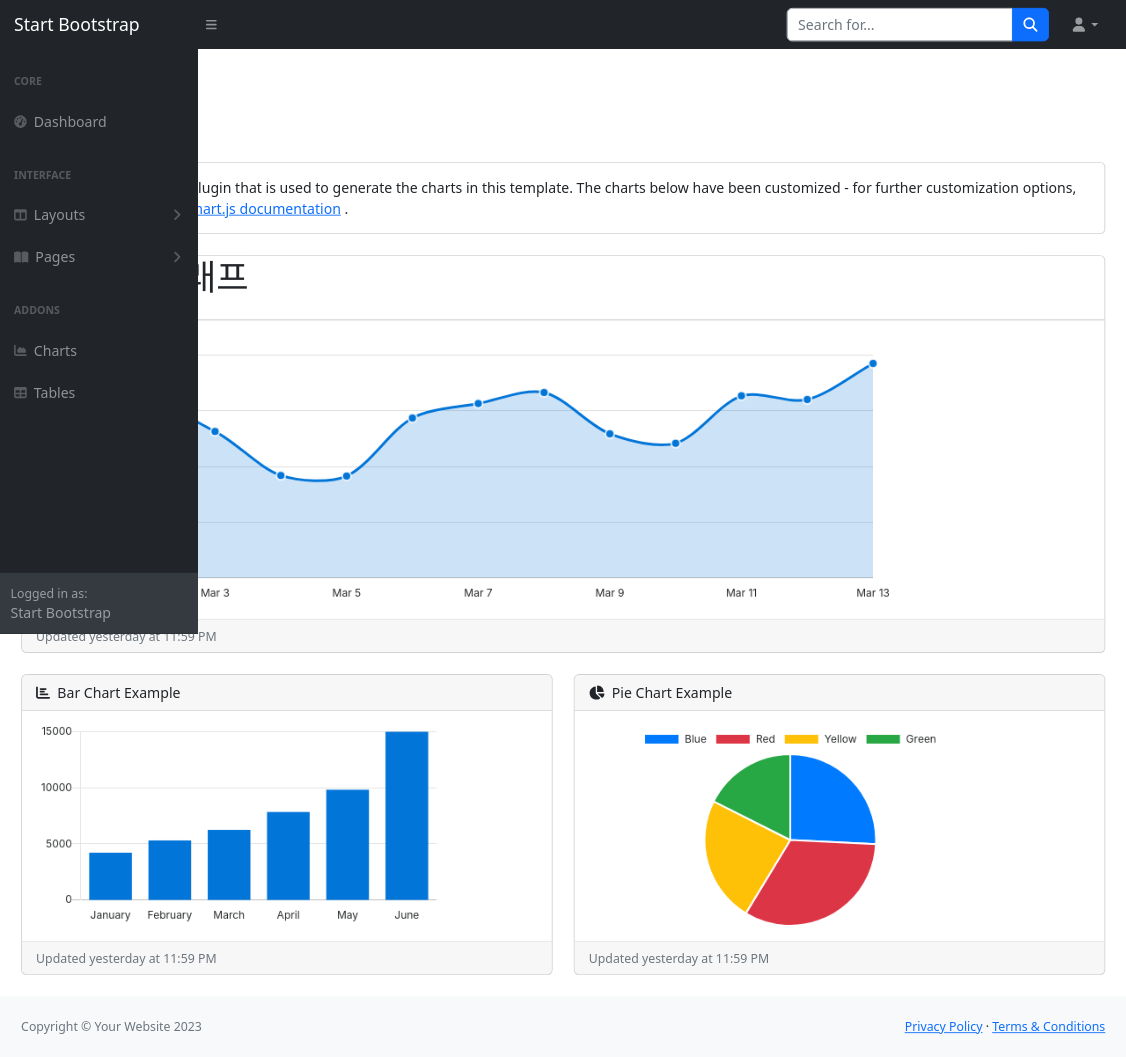
Repository: 0823-01/MonoLiving
Page: adminMall/src/main/webapp/resources/static/charts.html
An editor plug-in stored every save of this project. The page is shown before and after the next save, followed by the edit.
The browser window is 1280 px wide. The pictures show the whole page, at 88% of full size.
Some web libraries are served in a nearby version.

Above is the page before, as saved 2024-10-31 00:42:48.

### adminMall/src/main/webapp/resources/static/charts.html
<!DOCTYPE html>
<html lang="en">
    <head>
        <meta charset="utf-8" />
        <meta http-equiv="X-UA-Compatible" content="IE=edge" />
        <meta name="viewport" content="width=device-width, initial-scale=1, shrink-to-fit=no" />
        <meta name="description" content="" />
        <meta name="author" content="" />
        <title>Charts - SB Admin</title>
        <link href="css/styles.css" rel="stylesheet" />
        <script src="https://use.fontawesome.com/releases/v6.3.0/js/all.js" crossorigin="anonymous"></script>
    </head>
    <body class="sb-nav-fixed">
        <nav class="sb-topnav navbar navbar-expand navbar-dark bg-dark">
            <!-- Navbar Brand-->
            <a class="navbar-brand ps-3" href="index.html">Start Bootstrap</a>
            <!-- Sidebar Toggle-->
            <button class="btn btn-link btn-sm order-1 order-lg-0 me-4 me-lg-0" id="sidebarToggle" href="#!"><i class="fas fa-bars"></i></button>
            <!-- Navbar Search-->
            <form class="d-none d-md-inline-block form-inline ms-auto me-0 me-md-3 my-2 my-md-0">
                <div class="input-group">
                    <input class="form-control" type="text" placeholder="Search for..." aria-label="Search for..." aria-describedby="btnNavbarSearch" />
                    <button class="btn btn-primary" id="btnNavbarSearch" type="button"><i class="fas fa-search"></i></button>
                </div>
            </form>
            <!-- Navbar-->
            <ul class="navbar-nav ms-auto ms-md-0 me-3 me-lg-4">
                <li class="nav-item dropdown">
                    <a class="nav-link dropdown-toggle" id="navbarDropdown" href="#" role="button" data-bs-toggle="dropdown" aria-expanded="false"><i class="fas fa-user fa-fw"></i></a>
                    <ul class="dropdown-menu dropdown-menu-end" aria-labelledby="navbarDropdown">
                        <li><a class="dropdown-item" href="#!">Settings</a></li>
                        <li><a class="dropdown-item" href="#!">Activity Log</a></li>
                        <li><hr class="dropdown-divider" /></li>
                        <li><a class="dropdown-item" href="#!">Logout</a></li>
                    </ul>
                </li>
            </ul>
        </nav>
        <div id="layoutSidenav">
            <div id="layoutSidenav_nav">
                <nav class="sb-sidenav accordion sb-sidenav-dark" id="sidenavAccordion">
                    <div class="sb-sidenav-menu">
                        <div class="nav">
                            <div class="sb-sidenav-menu-heading">Core</div>
                            <a class="nav-link" href="index.html">
                                <div class="sb-nav-link-icon"><i class="fas fa-tachometer-alt"></i></div>
                                Dashboard
                            </a>
                            <div class="sb-sidenav-menu-heading">Interface</div>
                            <a class="nav-link collapsed" href="#" data-bs-toggle="collapse" data-bs-target="#collapseLayouts" aria-expanded="false" aria-controls="collapseLayouts">
                                <div class="sb-nav-link-icon"><i class="fas fa-columns"></i></div>
                                Layouts
                                <div class="sb-sidenav-collapse-arrow"><i class="fas fa-angle-down"></i></div>
                            </a>
                            <div class="collapse" id="collapseLayouts" aria-labelledby="headingOne" data-bs-parent="#sidenavAccordion">
                                <nav class="sb-sidenav-menu-nested nav">
                                    <a class="nav-link" href="layout-static.html">Static Navigation</a>
                                    <a class="nav-link" href="layout-sidenav-light.html">Light Sidenav</a>
                                </nav>
                            </div>
                            <a class="nav-link collapsed" href="#" data-bs-toggle="collapse" data-bs-target="#collapsePages" aria-expanded="false" aria-controls="collapsePages">
                                <div class="sb-nav-link-icon"><i class="fas fa-book-open"></i></div>
                                Pages
                                <div class="sb-sidenav-collapse-arrow"><i class="fas fa-angle-down"></i></div>
                            </a>
                            <div class="collapse" id="collapsePages" aria-labelledby="headingTwo" data-bs-parent="#sidenavAccordion">
                                <nav class="sb-sidenav-menu-nested nav accordion" id="sidenavAccordionPages">
                                    <a class="nav-link collapsed" href="#" data-bs-toggle="collapse" data-bs-target="#pagesCollapseAuth" aria-expanded="false" aria-controls="pagesCollapseAuth">
                                        Authentication
                                        <div class="sb-sidenav-collapse-arrow"><i class="fas fa-angle-down"></i></div>
                                    </a>
                                    <div class="collapse" id="pagesCollapseAuth" aria-labelledby="headingOne" data-bs-parent="#sidenavAccordionPages">
                                        <nav class="sb-sidenav-menu-nested nav">
                                            <a class="nav-link" href="login.html">Login</a>
                                            <a class="nav-link" href="register.html">Register</a>
                                            <a class="nav-link" href="password.html">Forgot Password</a>
                                        </nav>
                                    </div>
                                    <a class="nav-link collapsed" href="#" data-bs-toggle="collapse" data-bs-target="#pagesCollapseError" aria-expanded="false" aria-controls="pagesCollapseError">
                                        Error
                                        <div class="sb-sidenav-collapse-arrow"><i class="fas fa-angle-down"></i></div>
                                    </a>
                                    <div class="collapse" id="pagesCollapseError" aria-labelledby="headingOne" data-bs-parent="#sidenavAccordionPages">
                                        <nav class="sb-sidenav-menu-nested nav">
                                            <a class="nav-link" href="401.html">401 Page</a>
                                            <a class="nav-link" href="404.html">404 Page</a>
                                            <a class="nav-link" href="500.html">500 Page</a>
                                        </nav>
                                    </div>
                                </nav>
                            </div>
                            <div class="sb-sidenav-menu-heading">Addons</div>
                            <a class="nav-link" href="charts.html">
                                <div class="sb-nav-link-icon"><i class="fas fa-chart-area"></i></div>
                                Charts
                            </a>
                            <a class="nav-link" href="tables.html">
                                <div class="sb-nav-link-icon"><i class="fas fa-table"></i></div>
                                Tables
                            </a>
                        </div>
                    </div>
                    <div class="sb-sidenav-footer">
                        <div class="small">Logged in as:</div>
                        Start Bootstrap
                    </div>
                </nav>
            </div>
            <div id="layoutSidenav_content">
                <main>
                    <div class="container-fluid px-4">
                        <h1 class="mt-4">Charts</h1>
                        <ol class="breadcrumb mb-4">
                            <li class="breadcrumb-item"><a href="index.html">Dashboard</a></li>
                            <li class="breadcrumb-item active">Charts</li>
                        </ol>
                        <div class="card mb-4">
                            <div class="card-body">
                                Chart.js is a third party plugin that is used to generate the charts in this template. The charts below have been customized - for further customization options, please visit the official
                                <a target="_blank" href="https://www.chartjs.org/docs/latest/">Chart.js documentation</a>
                                .
                            </div>
                        </div>
                        <div class="card mb-4">
                            <h1>가로막대그래프</h1>
						        <div id="chart_div1"></div>
						     <hr>
                            <div class="card-body"><canvas id="myAreaChart" width="100%" height="30"></canvas></div>
                            <div class="card-footer small text-muted">Updated yesterday at 11:59 PM</div>
                        </div>
                        <div class="row">
                            <div class="col-lg-6">
                                <div class="card mb-4">
                                    <div class="card-header">
                                        <i class="fas fa-chart-bar me-1"></i>
                                        Bar Chart Example
                                    </div>
                                    <div class="card-body"><canvas id="myBarChart" width="100%" height="50"></canvas></div>
                                    <div class="card-footer small text-muted">Updated yesterday at 11:59 PM</div>
                                </div>
                            </div>
                            <div class="col-lg-6">
                                <div class="card mb-4">
                                    <div class="card-header">
                                        <i class="fas fa-chart-pie me-1"></i>
                                        Pie Chart Example
                                    </div>
                                    <div class="card-body"><canvas id="myPieChart" width="100%" height="50"></canvas></div>
                                    <div class="card-footer small text-muted">Updated yesterday at 11:59 PM</div>
                                </div>
                            </div>
                        </div>
                    </div>
                </main>
                <footer class="py-4 bg-light mt-auto">
                    <div class="container-fluid px-4">
                        <div class="d-flex align-items-center justify-content-between small">
                            <div class="text-muted">Copyright &copy; Your Website 2023</div>
                            <div>
                                <a href="#">Privacy Policy</a>
                                &middot;
                                <a href="#">Terms &amp; Conditions</a>
                            </div>
                        </div>
                    </div>
                </footer>
            </div>
        </div>
        <script src="https://cdn.jsdelivr.net/npm/bootstrap@5.2.3/dist/js/bootstrap.bundle.min.js" crossorigin="anonymous"></script>
        <script src="js/scripts.js"></script>
        <script src="https://cdnjs.cloudflare.com/ajax/libs/Chart.js/2.8.0/Chart.min.js" crossorigin="anonymous"></script>
        <script src="assets/demo/chart-area-demo.js"></script>
        <script src="assets/demo/chart-bar-demo.js"></script>
        <script src="assets/demo/chart-pie-demo.js"></script>
    </body>
</html>

### adminMall/src/main/webapp/resources/static/js/scripts.js
/*!
    * Start Bootstrap - SB Admin v7.0.7 (https://startbootstrap.com/template/sb-admin)
    * Copyright 2013-2023 Start Bootstrap
    * Licensed under MIT (https://github.com/StartBootstrap/startbootstrap-sb-admin/blob/master/LICENSE)
    */
    //
// Scripts
//

window.addEventListener('DOMContentLoaded', event => {

    // Toggle the side navigation
    const sidebarToggle = document.body.querySelector('#sidebarToggle');
    if (sidebarToggle) {
        // Uncomment Below to persist sidebar toggle between refreshes
        // if (localStorage.getItem('sb|sidebar-toggle') === 'true') {
        //     document.body.classList.toggle('sb-sidenav-toggled');
        // }
        sidebarToggle.addEventListener('click', event => {
            event.preventDefault();
            document.body.classList.toggle('sb-sidenav-toggled');
            localStorage.setItem('sb|sidebar-toggle', document.body.classList.contains('sb-sidenav-toggled'));
        });
    }

});

Loaded but not shown: adminMall/src/main/webapp/resources/static/css/styles.css (library); adminMall/src/main/webapp/resources/static/assets/demo/chart-area-demo.js (common file); adminMall/src/main/webapp/resources/static/assets/demo/chart-bar-demo.js (common file); adminMall/src/main/webapp/resources/static/assets/demo/chart-pie-demo.js (common file)

After the next save:
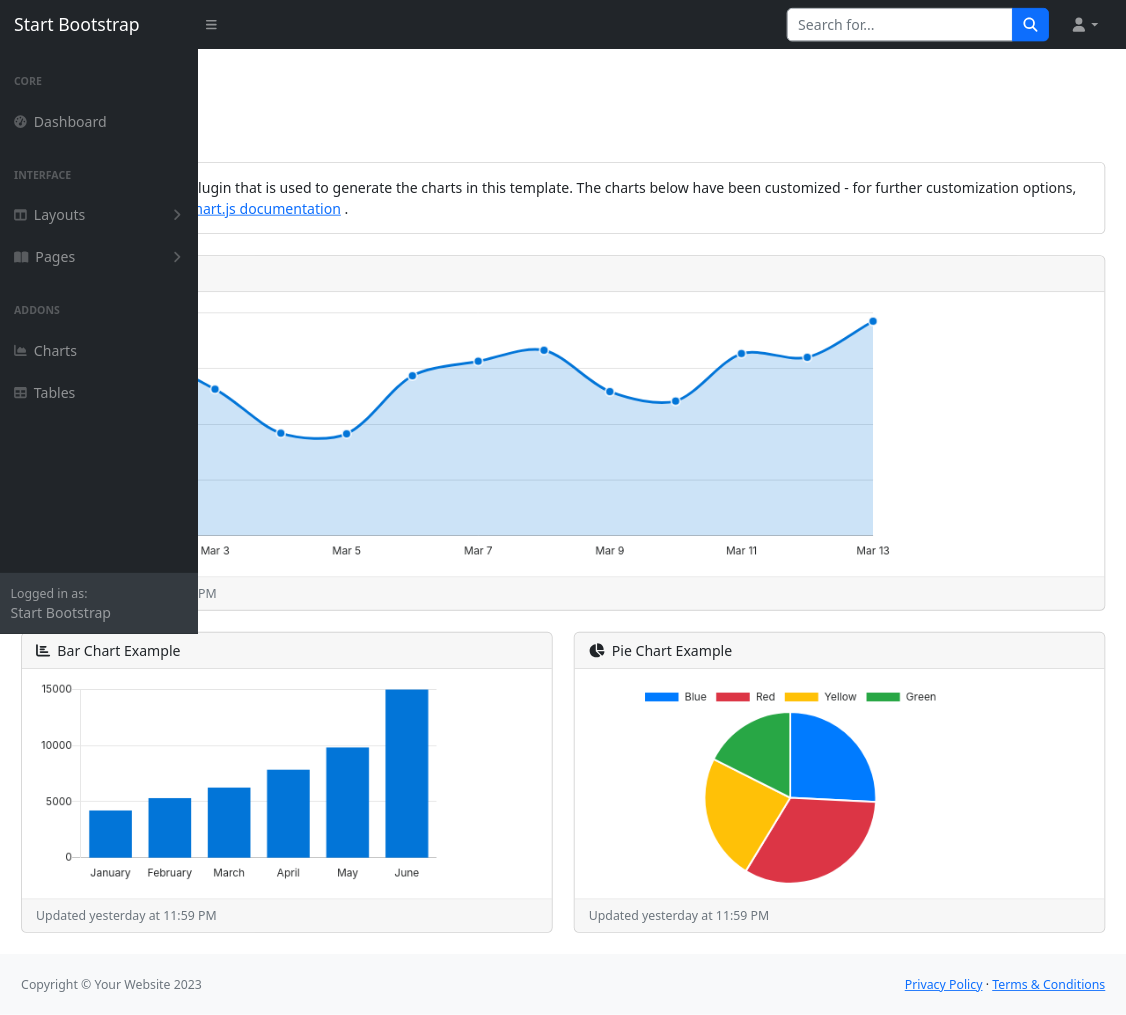
Saved 102 s later.
--- a/adminMall/src/main/webapp/resources/static/charts.html
+++ b/adminMall/src/main/webapp/resources/static/charts.html
@@ -122,9 +122,10 @@
                             </div>
                         </div>
                         <div class="card mb-4">
-                            <h1>가로막대그래프</h1>
-						        <div id="chart_div1"></div>
-						     <hr>
+                            <div class="card-header">
+                                <i class="fas fa-chart-area me-1"></i>
+                                Area Chart Example
+                            </div>
                             <div class="card-body"><canvas id="myAreaChart" width="100%" height="30"></canvas></div>
                             <div class="card-footer small text-muted">Updated yesterday at 11:59 PM</div>
                         </div>
